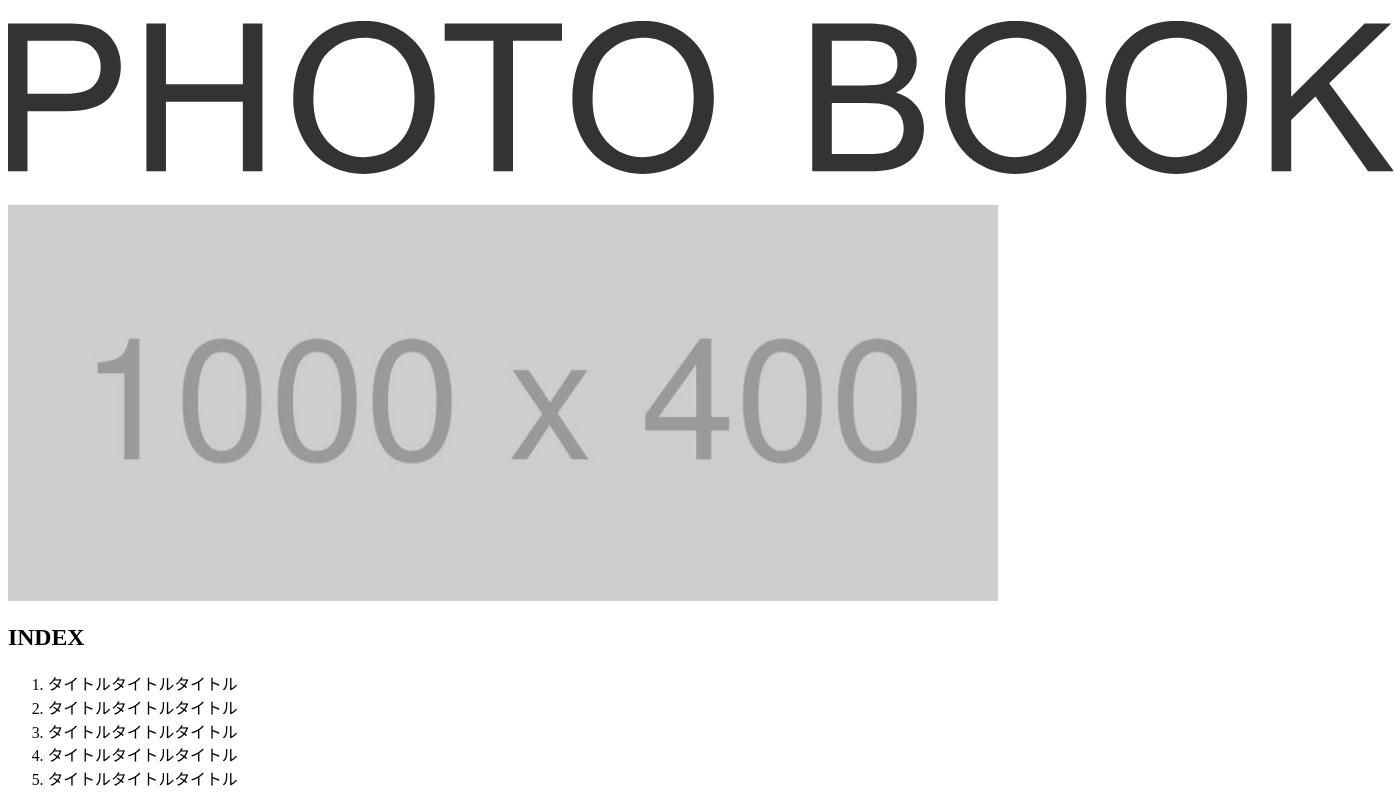
Repository: Fuki-san/photo-book-1
Page: http://localhost/photo
An editor plug-in stored every save of this project. The page is shown before and after a run of saves, followed by the edit.
The browser window is 1280 px wide. The page is 1408 px wide, so the pictures cover 1408 px, including what lies to the right of the window. The pictures show the whole page, at 99% of full size.
The page is served by the project's Laravel application, run on PHP 8.4 with Laravel 10. Other server files are loaded and not shown.

Above is the page before, as saved 2023-11-28 15:44:19.

### routes/web.php
<?php

use Illuminate\Support\Facades\Route;

/*
|--------------------------------------------------------------------------
| Web Routes
|--------------------------------------------------------------------------
|
| Here is where you can register web routes for your application. These
| routes are loaded by the RouteServiceProvider and all of them will
| be assigned to the "web" middleware group. Make something great!
|
*/

Route::get('/', function () {
    return view('welcome');
});

Route::get('photo', function () {
    return view('photo');
});

### resources/views/photo.blade.php
@extends('layouts.main')

@section('title', 'photo')

@section('content')
    <div class="container">
        <header id="header">
            <h1 class="site-title"><a href="#"><img src="img/logo.svg" alt=""></a></h1>
        </header>

        <main>
            <div class="mainvisual">
                <img src="img/mainvisual.jpg" alt="">
            </div>
            <section id="index">
                <div class="content">
                    <h2 class="sec-title">INDEX</h2>
                    <ol class="index-list">
                        <li>タイトルタイトルタイトル</li>
                        <li>タイトルタイトルタイトル</li>
                        <li>タイトルタイトルタイトル</li>
                        <li>タイトルタイトルタイトル</li>
                        <li>タイトルタイトルタイトル</li>
                    </ol>
                </div>
            </section>

            <section id="detail">
                <div class="content">
                    <h2></h2>
                </div>
            </section>
        </main>
        <footer></footer>
    </div>
@endsection

### resources/views/layouts/main.blade.php
<!DOCTYPE html>
<html lang="ja">
<head>
    <meta charset="UTF-8">
    <meta name="viewport" content="width=device-width, initial-scale=1.0">
    <meta http-equiv="X-UA-Compatible" content="ie=edge">
    <link rel="stylesheet" href="{{ asset('css/reset.css') }}">
    <link rel="stylesheet" href="{{ asset('css/style.css') }}">
    <link rel="icon" href="img/favicon.ico">
    <title>@yield('title')</title>
</head>
<body>
    @yield('content')
</body>
</html>

### public/img/logo.svg
<?xml version="1.0" encoding="utf-8"?>
<!-- Generator: Adobe Illustrator 15.1.0, SVG Export Plug-In . SVG Version: 6.00 Build 0)  -->
<!DOCTYPE svg PUBLIC "-//W3C//DTD SVG 1.1//EN" "http://www.w3.org/Graphics/SVG/1.1/DTD/svg11.dtd">
<svg version="1.1" id="レイヤー_1" xmlns="http://www.w3.org/2000/svg" xmlns:xlink="http://www.w3.org/1999/xlink" x="0px"
	 y="0px" width="1400px" height="156px" viewBox="0 0 1400 156" enable-background="new 0 0 1400 156" xml:space="preserve">
<g>
	<path fill="#333333" d="M0,152.092V2.65h56.373c9.92,0,17.498,0.477,22.731,1.428c7.34,1.223,13.49,3.552,18.451,6.982
		c4.96,3.433,8.953,8.241,11.978,14.425c3.022,6.185,4.536,12.98,4.536,20.387c0,12.709-4.043,23.463-12.129,32.264
		c-8.09,8.802-22.699,13.202-43.834,13.202h-38.33v60.754H0z M19.775,73.702h38.636c12.775,0,21.847-2.379,27.217-7.136
		c5.369-4.757,8.053-11.451,8.053-20.082c0-6.252-1.581-11.604-4.741-16.056c-3.16-4.45-7.324-7.391-12.487-8.817
		c-3.33-0.883-9.481-1.325-18.452-1.325H19.775V73.702z"/>
	<path fill="#333333" d="M139.859,152.092V2.65h19.776v61.367h77.677V2.65h19.775v149.441h-19.775V81.652h-77.677v70.439H139.859z"
		/>
	<path fill="#333333" d="M288.174,79.309c0-24.805,6.66-44.224,19.98-58.258C321.473,7.019,338.667,0,359.735,0
		c13.795,0,26.232,3.298,37.309,9.889c11.076,6.593,19.521,15.784,25.332,27.574c5.811,11.791,8.716,25.163,8.716,40.112
		c0,15.155-3.059,28.713-9.175,40.674c-6.116,11.961-14.781,21.016-25.993,27.166c-11.214,6.15-23.311,9.226-36.291,9.226
		c-14.067,0-26.641-3.398-37.717-10.194c-11.079-6.794-19.471-16.071-25.179-27.829C291.029,104.86,288.174,92.425,288.174,79.309z
		 M308.562,79.614c0,18.01,4.843,32.197,14.527,42.559c9.684,10.364,21.831,15.546,36.442,15.546
		c14.884,0,27.131-5.231,36.75-15.699c9.615-10.464,14.423-25.313,14.423-44.546c0-12.165-2.057-22.784-6.167-31.856
		c-4.112-9.071-10.126-16.106-18.043-21.101c-7.917-4.995-16.804-7.493-26.656-7.493c-14,0-26.046,4.81-36.137,14.425
		C313.608,41.065,308.562,57.121,308.562,79.614z"/>
	<path fill="#333333" d="M490.425,152.092V20.286h-49.237V2.65h118.451v17.636h-49.439v131.806H490.425z"/>
	<path fill="#333333" d="M570.14,79.309c0-24.805,6.658-44.224,19.979-58.258C603.438,7.019,620.632,0,641.7,0
		c13.794,0,26.23,3.298,37.309,9.889c11.076,6.593,19.522,15.784,25.331,27.574c5.813,11.791,8.717,25.163,8.717,40.112
		c0,15.155-3.059,28.713-9.176,40.674c-6.114,11.961-14.779,21.016-25.992,27.166s-23.311,9.226-36.291,9.226
		c-14.068,0-26.641-3.398-37.717-10.194c-11.078-6.794-19.47-16.071-25.179-27.829C572.994,104.86,570.14,92.425,570.14,79.309z
		 M590.526,79.614c0,18.01,4.843,32.197,14.527,42.559c9.685,10.364,21.83,15.546,36.442,15.546
		c14.883,0,27.132-5.231,36.748-15.699c9.615-10.464,14.424-25.313,14.424-44.546c0-12.165-2.057-22.784-6.166-31.856
		c-4.113-9.071-10.127-16.106-18.043-21.101c-7.918-4.995-16.804-7.493-26.658-7.493c-14,0-26.044,4.81-36.136,14.425
		C595.572,41.065,590.526,57.121,590.526,79.614z"/>
	<path fill="#333333" d="M812.43,152.092V2.65h56.066c11.416,0,20.573,1.514,27.472,4.537c6.896,3.024,12.3,7.68,16.209,13.966
		c3.907,6.286,5.861,12.861,5.861,19.724c0,6.39-1.732,12.404-5.198,18.044c-3.467,5.641-8.7,10.193-15.7,13.659
		c9.039,2.65,15.987,7.172,20.848,13.558c4.857,6.389,7.289,13.933,7.289,22.631c0,7-1.479,13.506-4.435,19.521
		c-2.957,6.016-6.612,10.652-10.958,13.915c-4.352,3.261-9.806,5.726-16.363,7.391c-6.558,1.666-14.593,2.497-24.106,2.497H812.43z
		 M832.206,65.444h32.313c8.768,0,15.053-0.576,18.859-1.733c5.027-1.493,8.818-3.975,11.366-7.439
		c2.548-3.468,3.822-7.815,3.822-13.049c0-4.961-1.188-9.328-3.567-13.099c-2.38-3.773-5.776-6.354-10.192-7.748
		c-4.419-1.393-11.997-2.09-22.733-2.09h-29.868V65.444z M832.206,134.457h37.208c6.386,0,10.872-0.237,13.455-0.715
		c4.552-0.814,8.358-2.173,11.417-4.077c3.058-1.901,5.571-4.672,7.544-8.308c1.971-3.634,2.956-7.832,2.956-12.589
		c0-5.571-1.428-10.414-4.281-14.526c-2.854-4.111-6.814-6.999-11.876-8.665c-5.063-1.664-12.354-2.497-21.865-2.497h-34.558
		V134.457z"/>
	<path fill="#333333" d="M946.479,79.309c0-24.805,6.659-44.224,19.979-58.258C979.776,7.019,996.972,0,1018.039,0
		c13.794,0,26.23,3.298,37.309,9.889c11.077,6.593,19.521,15.784,25.331,27.574c5.812,11.791,8.717,25.163,8.717,40.112
		c0,15.155-3.058,28.713-9.175,40.674s-14.781,21.016-25.994,27.166s-23.311,9.226-36.29,9.226
		c-14.068,0-26.641-3.398-37.717-10.194c-11.078-6.794-19.47-16.071-25.18-27.829C949.332,104.86,946.479,92.425,946.479,79.309z
		 M966.865,79.614c0,18.01,4.842,32.197,14.526,42.559c9.685,10.364,21.83,15.546,36.442,15.546
		c14.884,0,27.133-5.231,36.749-15.699c9.615-10.464,14.424-25.313,14.424-44.546c0-12.165-2.057-22.784-6.166-31.856
		c-4.113-9.071-10.127-16.106-18.044-21.101c-7.917-4.995-16.803-7.493-26.657-7.493c-14.001,0-26.044,4.81-36.136,14.425
		C971.91,41.065,966.865,57.121,966.865,79.614z"/>
	<path fill="#333333" d="M1108.865,79.309c0-24.805,6.66-44.224,19.979-58.258C1142.163,7.019,1159.357,0,1180.426,0
		c13.794,0,26.23,3.298,37.31,9.889c11.076,6.593,19.521,15.784,25.332,27.574c5.811,11.791,8.715,25.163,8.715,40.112
		c0,15.155-3.059,28.713-9.175,40.674c-6.115,11.961-14.779,21.016-25.993,27.166s-23.312,9.226-36.29,9.226
		c-14.068,0-26.642-3.398-37.719-10.194c-11.078-6.794-19.469-16.071-25.177-27.829
		C1111.719,104.86,1108.865,92.425,1108.865,79.309z M1129.254,79.614c0,18.01,4.842,32.197,14.525,42.559
		c9.684,10.364,21.831,15.546,36.442,15.546c14.882,0,27.131-5.231,36.749-15.699c9.615-10.464,14.424-25.313,14.424-44.546
		c0-12.165-2.057-22.784-6.167-31.856c-4.113-9.071-10.127-16.106-18.043-21.101c-7.917-4.995-16.804-7.493-26.658-7.493
		c-13.999,0-26.044,4.81-36.135,14.425C1134.298,41.065,1129.254,57.121,1129.254,79.614z"/>
	<path fill="#333333" d="M1276.45,152.092V2.65h19.776V76.76l74.211-74.109h26.81l-62.691,60.552l65.444,88.89h-26.096
		l-53.213-75.638l-24.465,23.854v51.784H1276.45z"/>
</g>
</svg>

Loaded but not shown: public/css/style.css (empty)

After the next 3 saves:
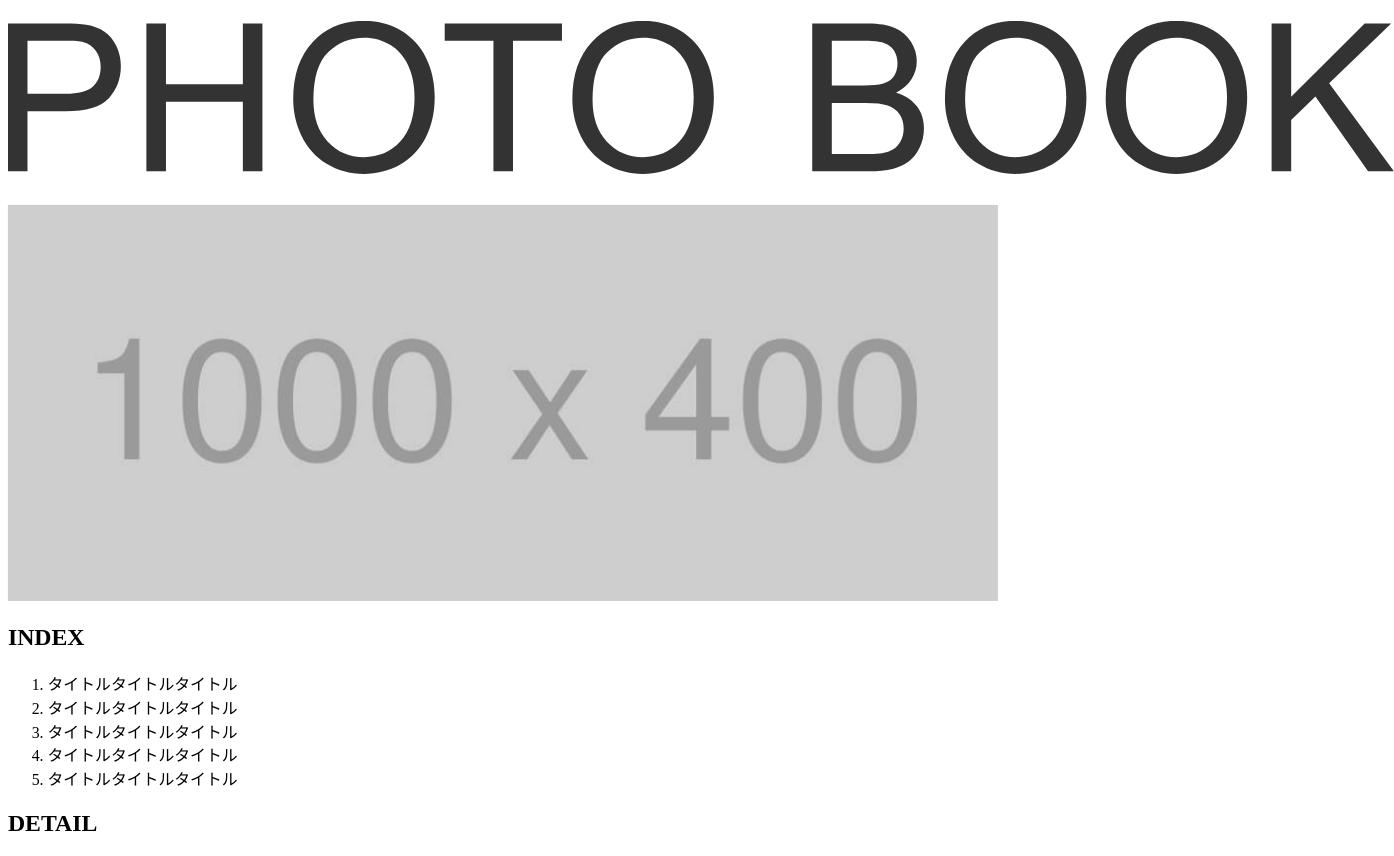
The 3 saves are shown as one change because they came seconds apart.
The last was saved 9 s later.
--- a/resources/views/photo.blade.php
+++ b/resources/views/photo.blade.php
@@ -27,7 +27,8 @@
 
             <section id="detail">
                 <div class="content">
-                    <h2></h2>
+                    <h2 class="sec-title">DETAIL</h2>
+
                 </div>
             </section>
         </main>
